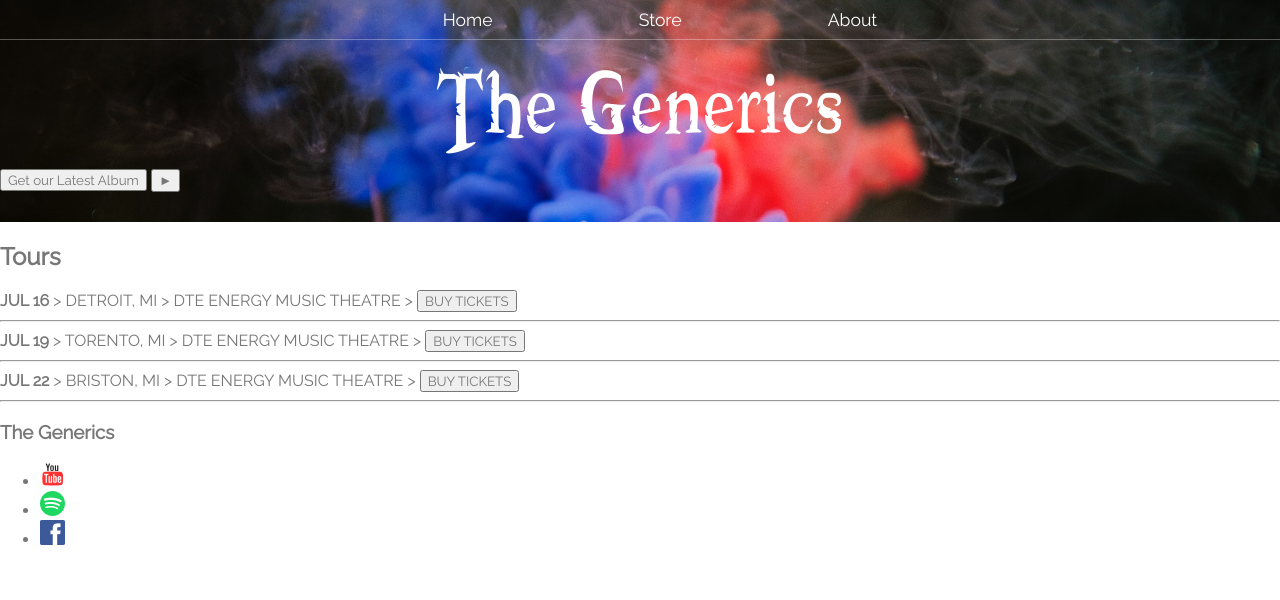
Repository: nazmulhaquep/WebDesign
Page: WebDevSimplified/index.html
These files come from the project's save history. The page is drawn as it stood at one moment and after the next save; the edit follows.
The browser window is 1280 px wide. The pictures show the whole page.
Some web fonts or font styles are not loaded; a fallback is used.

Above is the page before, as saved 2023-11-26 10:38:25.

After the next save:
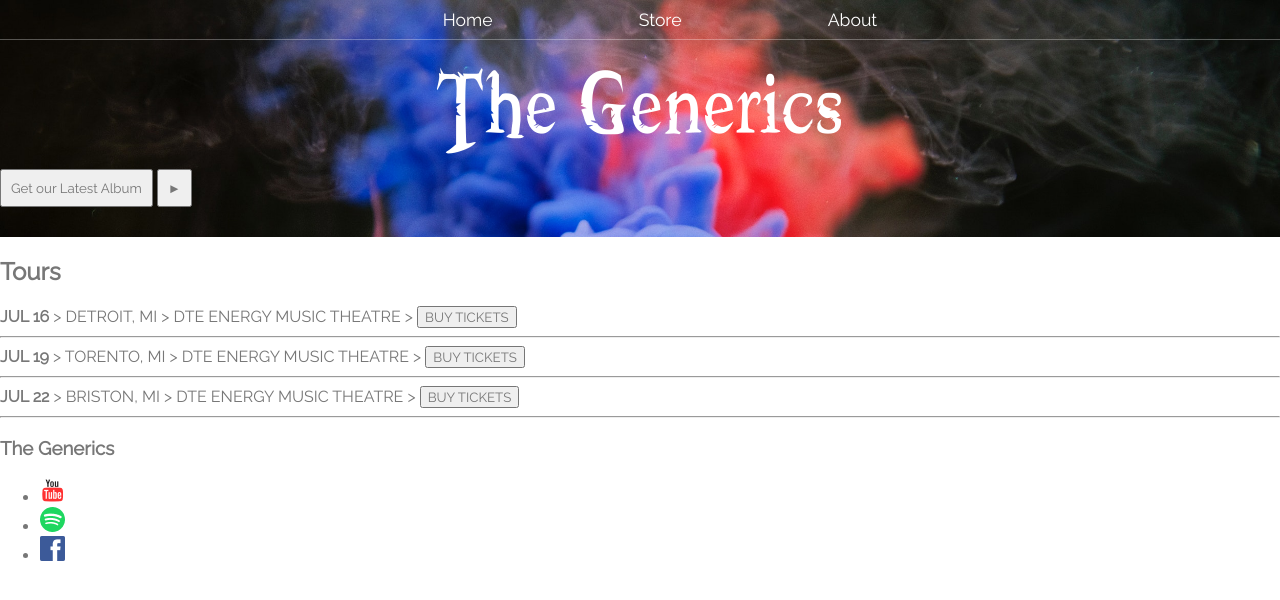
Saved 47 s later.
--- a/WebDevSimplified/styles.css
+++ b/WebDevSimplified/styles.css
@@ -112,6 +112,7 @@ html,body{
 .btn{
     text-align: center;
     vertical-align: middle;
+    padding:.67em;
 }
 
 
